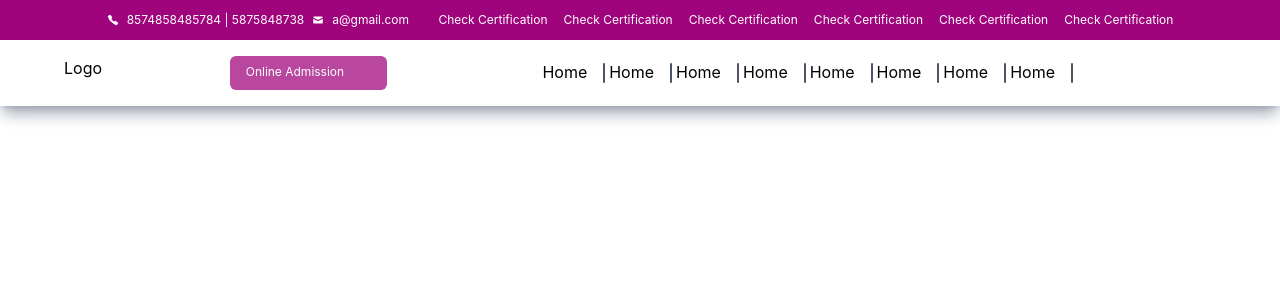
Repository: Sushant203/react-training-
Page: /
These files come from the project's save history. The page is drawn as it stood at one moment and after the next save; the edit follows.
The browser window is 1280 px wide. The pictures show the whole page.
The project was rebuilt for these pictures with package versions that can differ from the ones it lists, and the page was loaded fresh each time. Also part of the build but not shown: src/App.css, src/components/LowerNav.jsx, src/components/UpperNav.jsx.

Above is the page before, as saved 2022-12-19 09:54:26.

After the next save:
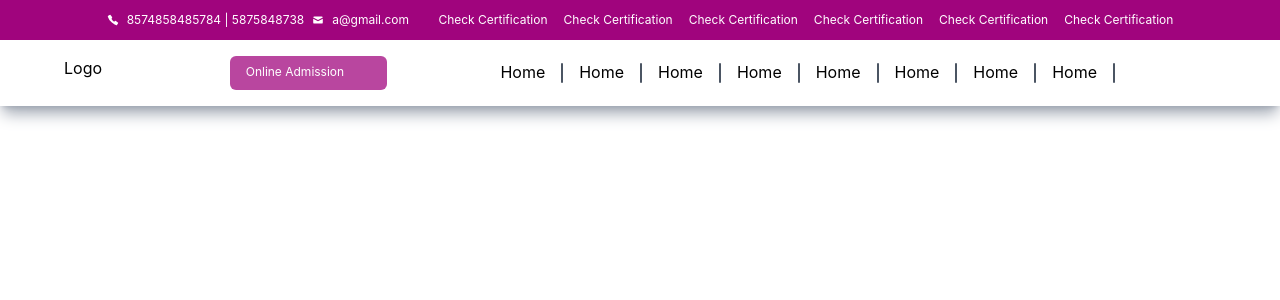
Saved 20 s later.
--- a/src/components/Naviagtion/Toolbar/Secondary.jsx
+++ b/src/components/Naviagtion/Toolbar/Secondary.jsx
@@ -33,7 +33,7 @@ function Secondary() {
       <div className="bg-mainColor px-4 py-2 animate-pulse duration-700 delay-200 text-xs rounded-md transition-all cursor-pointer text-white">
         Online Admission
       </div>
-      <div className="col-span-5  flex justify-center items-center">
+      <div className="col-span-5  flex justify-center items-center gap-3">
         {Nalink.map((val, i) => {
           return (
             <div key={i} className="flex items-center gap-3">
